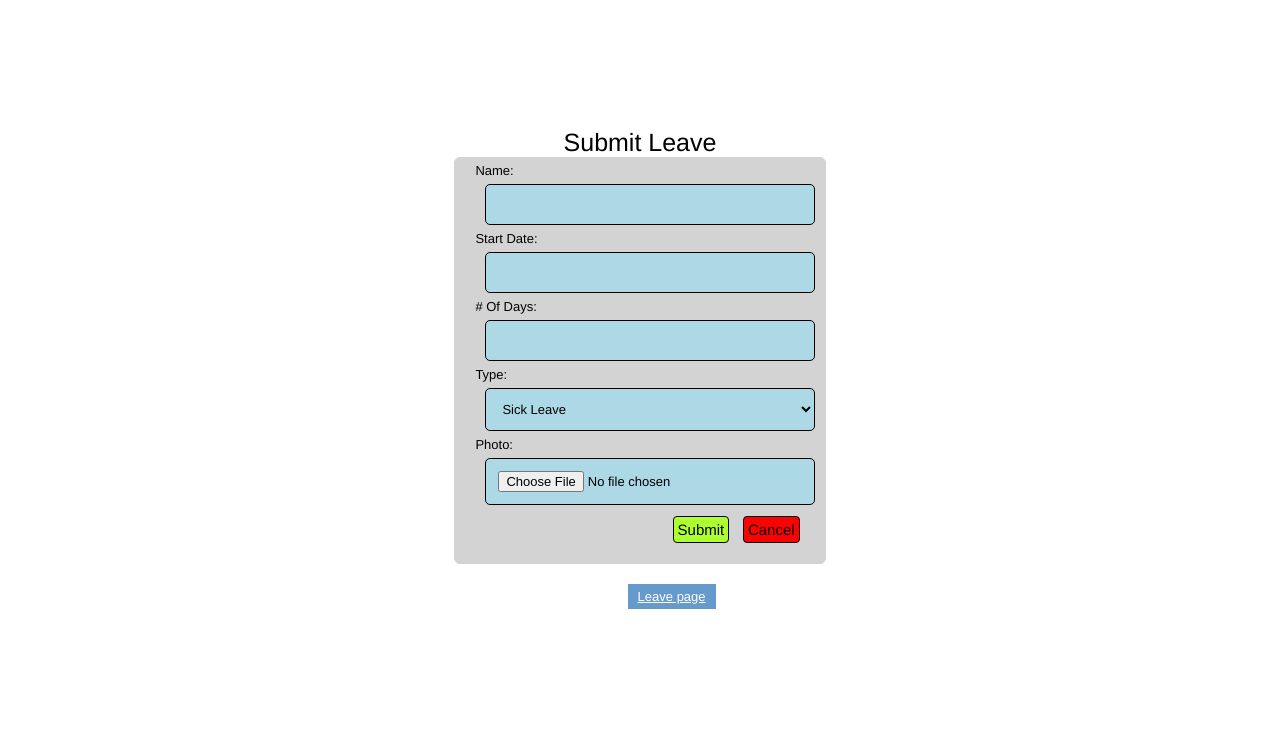
Repository: Murad71/BasicCRUD
Page: index.html
An editor plug-in stored every save of this project. The page is shown before and after the next save, followed by the edit.
The browser window is 1280 px wide. The pictures show the whole page.

Above is the page before, as saved 2023-04-18 21:35:52.

After the next save:
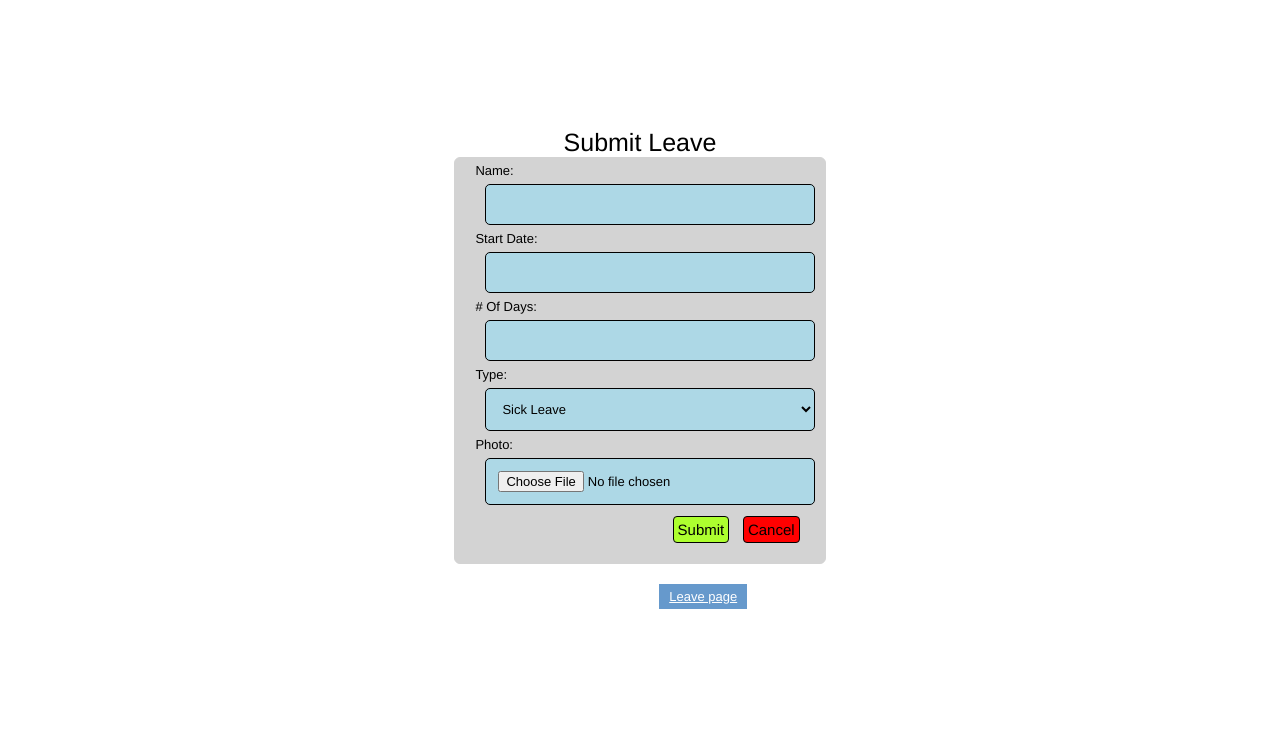
Saved 10 s later.
--- a/index.css
+++ b/index.css
@@ -60,7 +60,7 @@ input[type="reset"].cancel {
 }
 
 .anchorContainer {
-  margin-left: 5%;
+  margin-left: 10%;
 }
 
 a {
